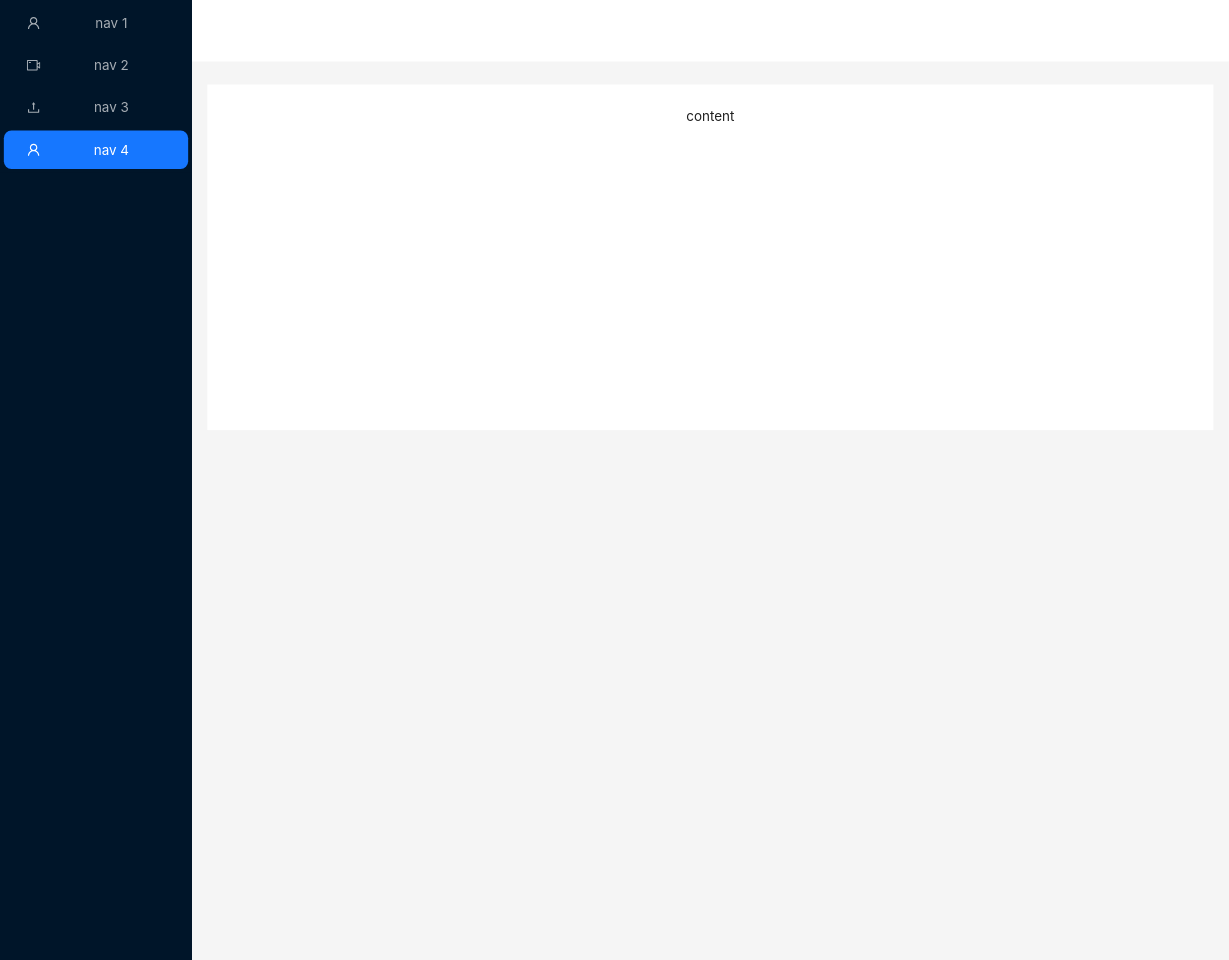
Repository: runner855/todolist_new
Page: /
An editor plug-in stored every save of this project. The page is shown before and after the next save, followed by the edit.
The browser window is 1280 px wide. The pictures show the whole page, at 96% of full size.
The project was rebuilt for these pictures with package versions that can differ from the ones it lists, and the page was loaded fresh each time.

Above is the page before, as saved 2023-03-19 16:19:07.

After the next save:
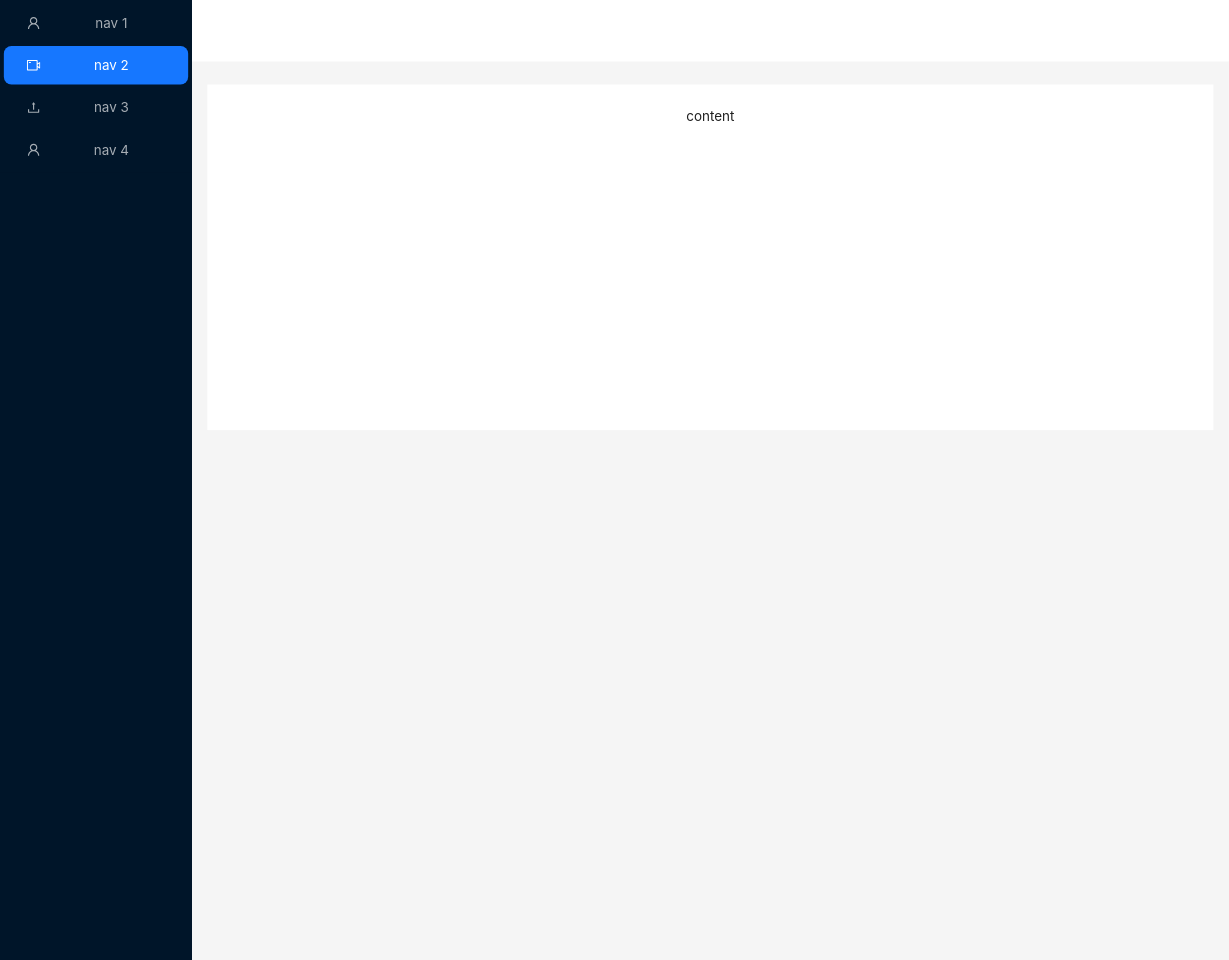
Saved 7 min 3 s later.
--- a/src/components/NavBar/NavBar.tsx
+++ b/src/components/NavBar/NavBar.tsx
@@ -28,7 +28,7 @@ export const NavBar = () => {
         <Menu
           theme="dark"
           mode="inline"
-          defaultSelectedKeys={['4']}
+          defaultSelectedKeys={['2']}
           items={[UserOutlined, VideoCameraOutlined, UploadOutlined, UserOutlined].map(
             (icon, index) => ({
               key: String(index + 1),
